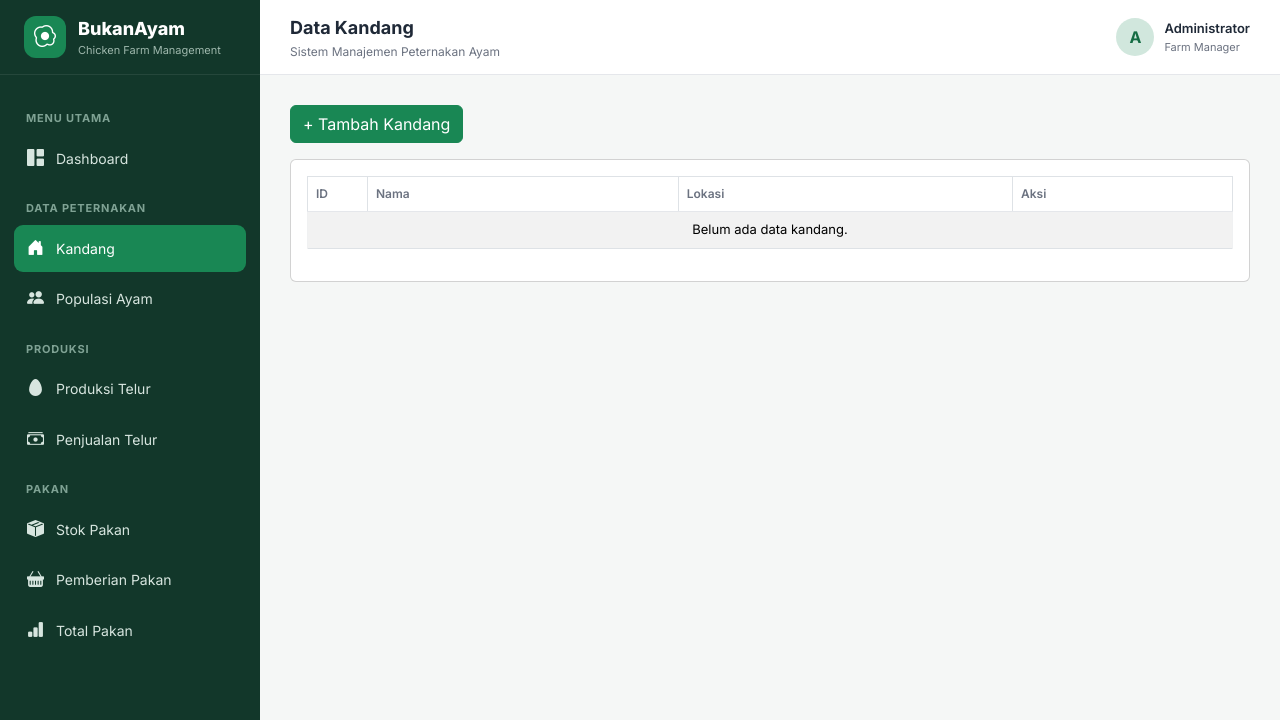
Repository: syafira-nur25/bukanayampart1
Page: http://localhost/kandang
The author's editor kept a copy of each file at every save. The page is drawn from the files as they stood at one save, then again after the next save.
The browser window is 1280 px wide. The pictures show the whole page.
The page is served by the project's Laravel application, run on PHP 8.4 with Laravel 12. Other server files are loaded and not shown. Queries for data that is not in the repository find no rows.

Above is the page before, as saved 2026-08-14 08:37:32.

### routes/web.php
<?php

use Illuminate\Support\Facades\Route;
use App\Http\Controllers\KandangController;
use App\Http\Controllers\PopulasiController;
use App\Http\Controllers\ProduksiTelurController;
use App\Http\Controllers\PenjualanTelurController;
use App\Http\Controllers\PakanKandangController;
use App\Http\Controllers\PemberianPakanController;
use App\Http\Controllers\TotalPakanController;
use App\Http\Controllers\DashboardController;
use App\Http\Controllers\Manpower\LaporanHarianController;
use App\Http\Controllers\ProfileController;

Route::get('/', [DashboardController::class, 'index'])
    ->name('dashboard');

Route::resource('kandang', KandangController::class);

Route::resource('populasi', PopulasiController::class);

Route::resource('produksi-telur', ProduksiTelurController::class);

Route::resource('penjualan-telur', PenjualanTelurController::class);

Route::resource('pakan-kandang', PakanKandangController::class);

Route::resource('pemberian-pakan', PemberianPakanController::class);

Route::resource('total-pakan', TotalPakanController::class);

Route::get('/profile/edit', [ProfileController::class, 'edit'])
    ->name('profile.edit');

### app/Http/Controllers/KandangController.php
<?php

namespace App\Http\Controllers;

use App\Models\Kandang;
use Illuminate\Http\Request;

class KandangController extends Controller
{
    public function index()
    {
        $kandangs = Kandang::latest()->get();

        return view('kandang.index', compact('kandangs'));
    }

    public function create()
    {
        return view('kandang.create');
    }

    public function store(Request $request)
    {
        $validated = $request->validate([
            'nama' => 'required|string|max:100',
            'lokasi' => 'required|string|max:100',
        ]);

        Kandang::create($validated);

        return redirect()
            ->route('kandang.index')
            ->with('success', 'Kandang berhasil ditambahkan.');
    }

    public function show(Kandang $kandang)
    {
        return view('kandang.show', compact('kandang'));
    }

    public function edit(Kandang $kandang)
    {
        return view('kandang.edit', compact('kandang'));
    }

    public function update(Request $request, Kandang $kandang)
    {
        $validated = $request->validate([
            'nama' => 'required|string|max:100',
            'lokasi' => 'required|string|max:100',
        ]);

        $kandang->update($validated);

        return redirect()
            ->route('kandang.index')
            ->with('success', 'Kandang berhasil diperbarui.');
    }

    public function destroy(Kandang $kandang)
    {
        $kandang->delete();

        return redirect()
            ->route('kandang.index')
            ->with('success', 'Kandang berhasil dihapus.');
    }
}

### app/Models/Kandang.php
<?php

namespace App\Models;

use Illuminate\Database\Eloquent\Model;
use Illuminate\Database\Eloquent\Relations\HasMany;

class Kandang extends Model
{
    protected $table = 'kandang';

    protected $fillable = [
        'nama',
        'lokasi',
    ];

    public function populasi(): HasMany
    {
        return $this->hasMany(Populasi::class, 'kandang_id');
    }

    public function produksiTelur(): HasMany
    {
        return $this->hasMany(ProduksiTelur::class, 'kandang_id');
    }

    public function pakanKandang(): HasMany
    {
        return $this->hasMany(PakanKandang::class, 'kandang_id');
    }

    public function laporanHarian(): HasMany
    {
    return $this->hasMany(
        LaporanHarian::class,
        'kandang_id');
    }
}

### resources/views/kandang/index.blade.php
@extends('layouts.app')

@section('title', 'Data Kandang')

@section('content')

<div class="d-flex justify-content-between align-items-center mb-3">

    <a href="{{ route('kandang.create') }}" class="btn btn-primary">
        + Tambah Kandang
    </a>
</div>

<div class="card">
    <div class="card-body">

        <table class="table table-bordered table-striped">
            <thead>
                <tr>
                    <th width="60">ID</th>
                    <th>Nama</th>
                    <th>Lokasi</th>
                    <th width="220">Aksi</th>
                </tr>
            </thead>

            <tbody>
                @forelse($kandangs as $kandang)
                    <tr>
                        <td>{{ $kandang->id }}</td>
                        <td>{{ $kandang->nama }}</td>
                        <td>{{ $kandang->lokasi }}</td>
                        <td>
                            <a
                                href="{{ route('kandang.show', $kandang) }}"
                                class="btn btn-sm btn-info"
                            >
                                Detail
                            </a>

                            <a
                                href="{{ route('kandang.edit', $kandang) }}"
                                class="btn btn-sm btn-warning"
                            >
                                Edit
                            </a>

                            <form
                                action="{{ route('kandang.destroy', $kandang) }}"
                                method="POST"
                                class="d-inline"
                            >
                                @csrf
                                @method('DELETE')

                                <button
                                    type="submit"
                                    class="btn btn-sm btn-danger"
                                    onclick="return confirm('Hapus kandang ini?')"
                                >
                                    Hapus
                                </button>
                            </form>
                        </td>
                    </tr>
                @empty
                    <tr>
                        <td colspan="4" class="text-center">
                            Belum ada data kandang.
                        </td>
                    </tr>
                @endforelse
            </tbody>
        </table>

    </div>
</div>

@endsection

### resources/views/layouts/app.blade.php
<!DOCTYPE html>
<html lang="id">

<head>
    <meta charset="UTF-8">

    <meta
        name="viewport"
        content="width=device-width, initial-scale=1.0"
    >

    <title>
        @yield('title', 'Farm Management')
    </title>

    <link
        href="https://cdn.jsdelivr.net/npm/bootstrap@5.3.3/dist/css/bootstrap.min.css"
        rel="stylesheet"
    >

    <link
        href="https://cdn.jsdelivr.net/npm/bootstrap-icons@1.11.3/font/bootstrap-icons.css"
        rel="stylesheet"
    >

    <link
        rel="preconnect"
        href="https://fonts.googleapis.com"
    >

    <link
        rel="preconnect"
        href="https://fonts.gstatic.com"
        crossorigin
    >

    <link
        href="https://fonts.googleapis.com/css2?family=Inter:wght@400;500;600;700;800&display=swap"
        rel="stylesheet"
    >

    <style>

        :root {
            --primary: #198754;
            --primary-dark: #146c43;
            --sidebar: #12372a;
            --sidebar-hover: #1c4d3b;
            --background: #f5f7f6;
            --card: #ffffff;
            --text: #1f2937;
            --muted: #6b7280;
            --border: #e5e7eb;
        }

        * {
            box-sizing: border-box;
        }

        body {
            margin: 0;
            font-family: 'Inter', sans-serif;
            background: var(--background);
            color: var(--text);
        }

        /* SIDEBAR */

        .sidebar {
            width: 260px;
            height: 100vh;

            position: fixed;
            left: 0;
            top: 0;

            background: var(--sidebar);
            color: white;

            z-index: 1000;

            transition: 0.3s;
        }

        .brand {
            height: 75px;

            display: flex;
            align-items: center;

            padding: 0 24px;

            border-bottom: 1px solid rgba(255,255,255,0.08);
        }

        .brand-icon {
            width: 42px;
            height: 42px;

            display: flex;
            align-items: center;
            justify-content: center;

            background: #198754;
            border-radius: 12px;

            font-size: 22px;

            margin-right: 12px;
        }

        .brand-title {
            font-size: 18px;
            font-weight: 800;
        }

        .brand-subtitle {
            font-size: 11px;
            color: #9fb8ad;
        }

        .sidebar-content {
            padding: 20px 14px;
        }

        .menu-title {
            font-size: 11px;
            font-weight: 700;

            color: #7fa294;

            text-transform: uppercase;

            padding: 15px 12px 8px;

            letter-spacing: 0.8px;
        }

        .sidebar a {
            color: #d7e5df;

            text-decoration: none;

            display: flex;
            align-items: center;

            gap: 12px;

            padding: 11px 13px;

            border-radius: 9px;

            margin-bottom: 3px;

            font-size: 14px;

            transition: 0.2s;
        }

        .sidebar a:hover {
            background: var(--sidebar-hover);
            color: white;
        }

        .sidebar a.active {
            background: var(--primary);
            color: white;
        }

        .sidebar a i {
            font-size: 17px;
        }

        /* MAIN */

        .main {
            margin-left: 260px;
            min-height: 100vh;
        }

        /* TOPBAR */

        .topbar {
            height: 75px;

            background: white;

            border-bottom: 1px solid var(--border);

            display: flex;
            align-items: center;
            justify-content: space-between;

            padding: 0 30px;
        }

        .page-title {
            font-size: 18px;
            font-weight: 700;
        }

        .page-subtitle {
            font-size: 12px;
            color: var(--muted);
            margin-top: 2px;
        }

        .profile {
            display: flex;
            align-items: center;
            gap: 10px;
        }

        .profile-avatar {
            width: 38px;
            height: 38px;

            display: flex;
            align-items: center;
            justify-content: center;

            background: #d1e7dd;

            color: var(--primary-dark);

            border-radius: 50%;

            font-weight: 700;
        }

        /* CONTENT */

        .content {
            padding: 30px;
        }

        /* CARDS */

        .stat-card {
            background: white;

            border: 1px solid var(--border);

            border-radius: 16px;

            padding: 20px;

            height: 100%;

            transition: 0.2s;
        }

        .stat-card:hover {
            transform: translateY(-2px);

            box-shadow:
                0 8px 25px rgba(0,0,0,0.06);
        }

        .stat-top {
            display: flex;
            justify-content: space-between;
            align-items: center;
        }

        .stat-icon {
            width: 45px;
            height: 45px;

            display: flex;
            align-items: center;
            justify-content: center;

            border-radius: 12px;

            font-size: 20px;
        }

        .icon-green {
            background: #d1e7dd;
            color: #146c43;
        }

        .icon-blue {
            background: #cfe2ff;
            color: #084298;
        }

        .icon-yellow {
            background: #fff3cd;
            color: #997404;
        }

        .icon-red {
            background: #f8d7da;
            color: #842029;
        }

        .stat-label {
            color: var(--muted);
            font-size: 13px;
            margin-top: 16px;
        }

        .stat-value {
            font-size: 27px;
            font-weight: 800;
            margin-top: 4px;
        }

        .stat-description {
            color: var(--muted);
            font-size: 11px;
            margin-top: 4px;
        }

        /* PANEL */

        .panel {
            background: white;

            border: 1px solid var(--border);

            border-radius: 16px;

            padding: 22px;

            height: 100%;
        }

        .panel-header {
            display: flex;

            align-items: center;
            justify-content: space-between;

            margin-bottom: 20px;
        }

        .panel-title {
            font-size: 16px;
            font-weight: 700;
        }

        .panel-link {
            color: var(--primary);

            text-decoration: none;

            font-size: 13px;
            font-weight: 600;
        }

        /* TABLE */

        .table {
            vertical-align: middle;
        }

        .table thead th {
            font-size: 12px;

            color: var(--muted);

            font-weight: 600;

            border-bottom: 1px solid var(--border);
        }

        .table tbody td {
            font-size: 13px;

            border-color: #f0f1f2;
        }

        .badge-status {
            padding: 6px 10px;

            border-radius: 20px;

            font-size: 11px;

            font-weight: 600;
        }

        .badge-success {
            background: #d1e7dd;
            color: #146c43;
        }

        .badge-warning {
            background: #fff3cd;
            color: #997404;
        }

        /* BUTTON */

        .btn-primary {
            background: var(--primary);
            border-color: var(--primary);
        }

        .btn-primary:hover {
            background: var(--primary-dark);
            border-color: var(--primary-dark);
        }

        /* MOBILE */

        @media (max-width: 991px) {

            .sidebar {
                transform: translateX(-100%);
            }

            .sidebar.show {
                transform: translateX(0);
            }

            .main {
                margin-left: 0;
            }

            .content {
                padding: 20px;
            }

            .topbar {
                padding: 0 20px;
            }

        }

    </style>

    @stack('styles')

</head>

<body>

<!-- SIDEBAR -->

<aside class="sidebar" id="sidebar">

    <div class="brand">

        <div class="brand-icon">
            <i class="bi bi-egg-fried"></i>
        </div>

        <div>
            <div class="brand-title">
                BukanAyam
            </div>

            <div class="brand-subtitle">
                Chicken Farm Management
            </div>
        </div>

    </div>

    <div class="sidebar-content">

        <div class="menu-title">
            Menu Utama
        </div>

        <a
            href="{{ url('/') }}"
            class="{{ request()->is('/') ? 'active' : '' }}"
        >
            <i class="bi bi-grid-1x2-fill"></i>
            Dashboard
        </a>


        <div class="menu-title">
            Data Peternakan
        </div>

        <a
            href="{{ route('kandang.index') }}"
            class="{{ request()->is('kandang*') ? 'active' : '' }}"
        >
            <i class="bi bi-house-door-fill"></i>
            Kandang
        </a>

        <a
            href="{{ route('populasi.index') }}"
            class="{{ request()->is('populasi*') ? 'active' : '' }}"
        >
            <i class="bi bi-people-fill"></i>
            Populasi Ayam
        </a>


        <div class="menu-title">
            Produksi
        </div>

        <a
            href="{{ route('produksi-telur.index') }}"
            class="{{ request()->is('produksi-telur*') ? 'active' : '' }}"
        >
            <i class="bi bi-egg-fill"></i>
            Produksi Telur
        </a>

        <a
            href="{{ route('penjualan-telur.index') }}"
            class="{{ request()->is('penjualan-telur*') ? 'active' : '' }}"
        >
            <i class="bi bi-cash-stack"></i>
            Penjualan Telur
        </a>


        <div class="menu-title">
            Pakan
        </div>

        <a
            href="{{ route('pakan-kandang.index') }}"
            class="{{ request()->is('pakan-kandang*') ? 'active' : '' }}"
        >
            <i class="bi bi-box-seam-fill"></i>
            Stok Pakan
        </a>

        <a
            href="{{ route('pemberian-pakan.index') }}"
            class="{{ request()->is('pemberian-pakan*') ? 'active' : '' }}"
        >
            <i class="bi bi-basket-fill"></i>
            Pemberian Pakan
        </a>

        <a
            href="{{ route('total-pakan.index') }}"
            class="{{ request()->is('total-pakan*') ? 'active' : '' }}"
        >
            <i class="bi bi-bar-chart-fill"></i>
            Total Pakan
        </a>

    </div>

</aside>


<!-- MAIN -->

<div class="main">

    <!-- TOPBAR -->

    <header class="topbar">

        <div>

            <div class="page-title">
                @yield('title', 'Dashboard')
            </div>

            <div class="page-subtitle">
                Sistem Manajemen Peternakan Ayam
            </div>

        </div>

        <div class="profile">

            <div class="profile-avatar">
                A
            </div>

            <div class="d-none d-md-block">

                <div style="font-size:13px;font-weight:600;">
                    Administrator
                </div>

                <div style="font-size:11px;color:#6b7280;">
                    Farm Manager
                </div>

            </div>

        </div>

    </header>


    <!-- CONTENT -->

    <main class="content">

        @if(session('success'))

            <div class="alert alert-success border-0 shadow-sm">
                <i class="bi bi-check-circle-fill me-2"></i>
                {{ session('success') }}
            </div>

        @endif


        @if($errors->any())

            <div class="alert alert-danger border-0 shadow-sm">

                <strong>
                    Terjadi kesalahan:
                </strong>

                <ul class="mb-0 mt-2">

                    @foreach($errors->all() as $error)

                        <li>
                            {{ $error }}
                        </li>

                    @endforeach

                </ul>

            </div>

        @endif


        @yield('content')

    </main>

</div>


<script
    src="https://cdn.jsdelivr.net/npm/bootstrap@5.3.3/dist/js/bootstrap.bundle.min.js">
</script>

@stack('scripts')

</body>

</html>

Loaded but not shown: app/Http/Controllers/Controller.php (common file)

After the next save:
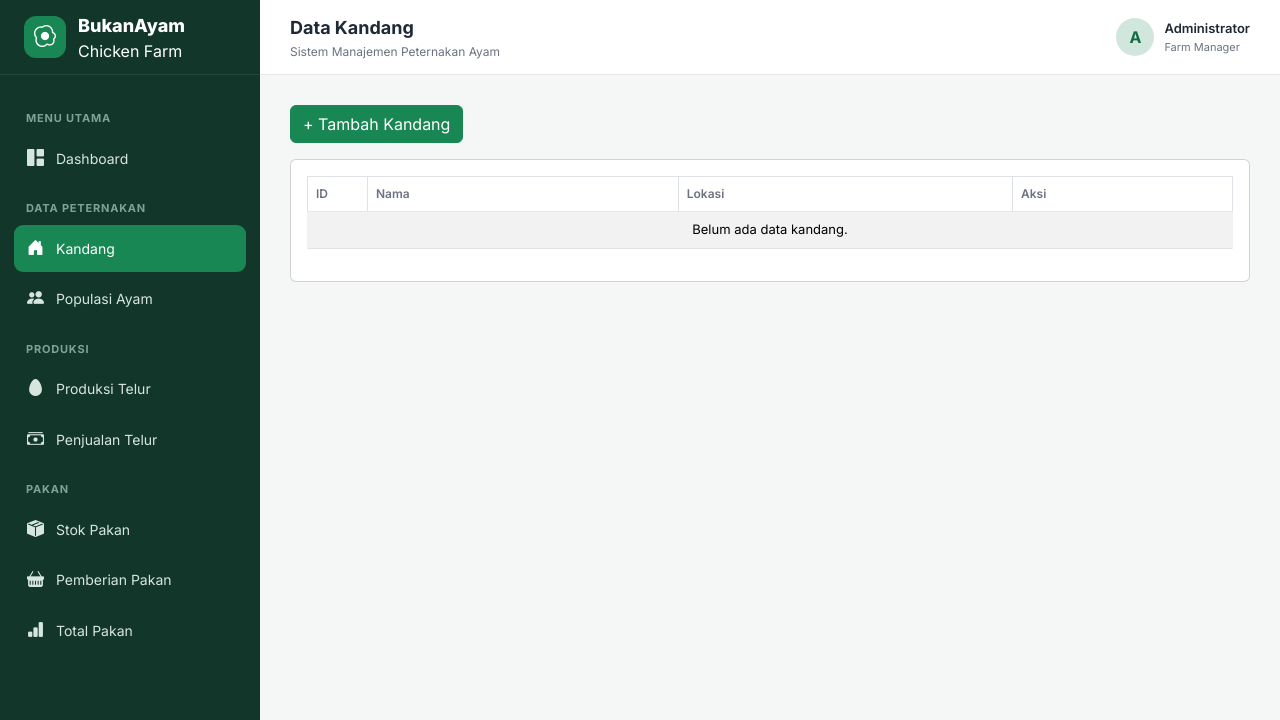
Saved 42 s later.
--- a/resources/views/layouts/app.blade.php
+++ b/resources/views/layouts/app.blade.php
@@ -454,8 +454,8 @@
                 BukanAyam
             </div>
 
-            <div class="brand-subtitle">
-                Chicken Farm Management
+            <div clManagementass="brand-subtitle">
+                Chicken Farm
             </div>
         </div>
 
